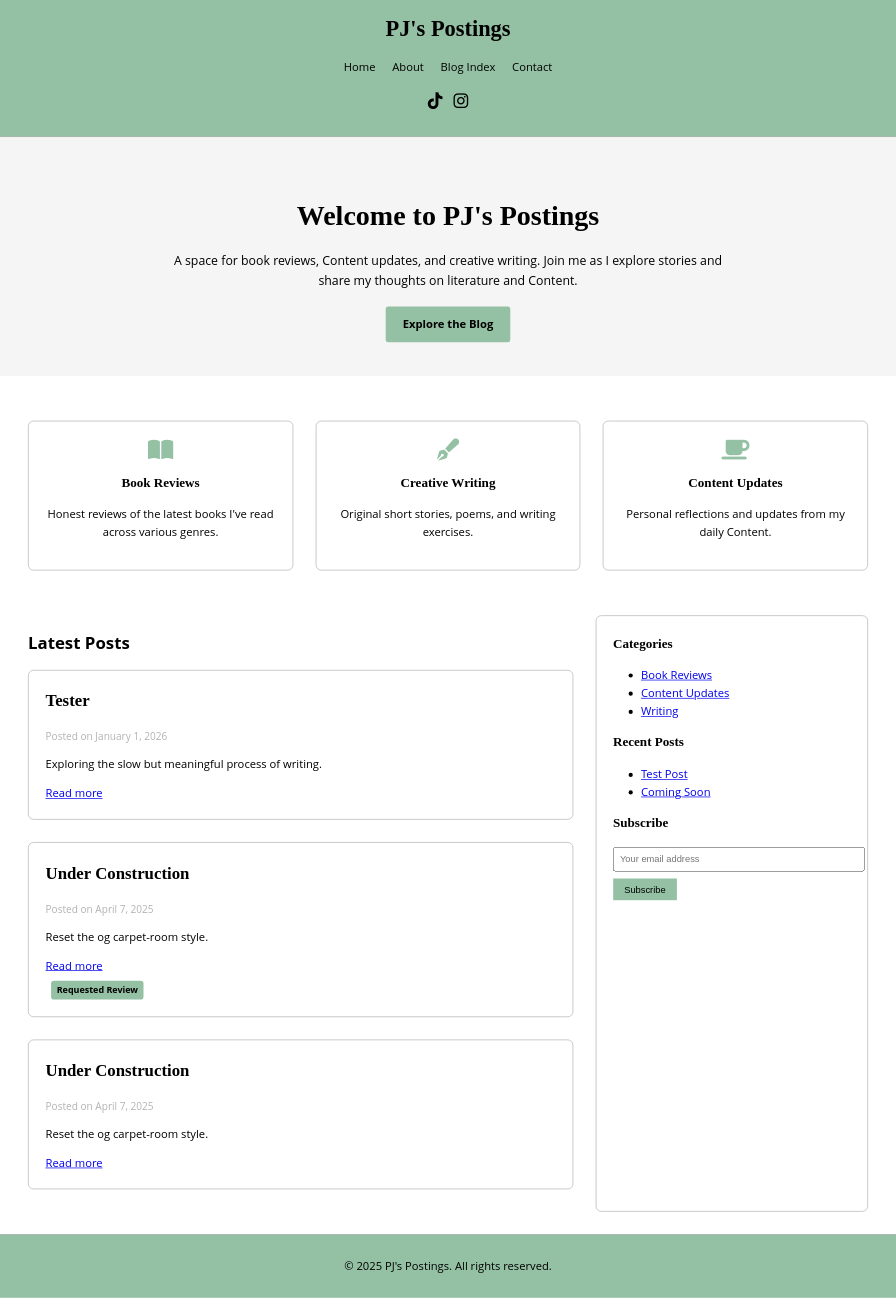
Repository: pjpatrick071/pjpatrick071.github.io
Page: index.html
These files come from the project's save history. The page is drawn as it stood at one moment and after the next save; the edit follows.
The browser window is 1280 px wide. The pictures show the whole page, at 70% of full size.
Some web fonts or font styles are not loaded; a fallback is used.

Above is the page before, as saved 2025-04-07 21:27:07.

### index.html
<!DOCTYPE html>
<html lang="en">
<head>
    <link rel="apple-touch-icon" sizes="180x180" href="/apple-touch-icon.png">
<link rel="icon" type="image/png" sizes="32x32" href="/favicon-32x32.png">
<link rel="icon" type="image/png" sizes="16x16" href="/favicon-16x16.png">
<link rel="manifest" href="/site.webmanifest">
    <meta charset="UTF-8">
    <meta name="viewport" content="width=device-width, initial-scale=1.0">
    <title>PJ's Postings</title>

    <!-- Fonts -->
    <link href="https://fonts-api.wp.com/css?family=Playfair+Display:400,400i,700,700i|Open+Sans:400,400i,700,700i&subset=latin,latin-ext" rel="stylesheet">

    <!-- Font Awesome (for icons) -->
    <link href="https://cdnjs.cloudflare.com/ajax/libs/font-awesome/6.4.0/css/all.min.css" rel="stylesheet">

    <!-- Main Styles -->
    <style>
        :root {
            --soft-green: #94c0a4;
            --silver: #b3b3b3;
            --black: #000000;
            --white: #ffffff;
        }

        body {
            font-family: 'Open Sans', sans-serif;
            line-height: 1.6;
            margin: 0;
            padding: 0;
            background-color: var(--white);
            color: var(--black);
        }

        /* Header Styles */
        header {
            background-color: var(--soft-green);
            padding: 1rem 0;
            text-align: center;
            border-bottom: 1px solid var(--silver);
        }

        .logo {
            font-size: 2rem;
            font-weight: bold;
            margin: 0;
            color: var(--black);
            font-family: 'Playfair Display', serif;
        }

        /* Navigation */
        nav ul {
            padding: 0;
            list-style: none;
            display: flex;
            justify-content: center;
            gap: 1.5rem;
            margin: 1rem 0;
        }

        nav a {
            text-decoration: none;
            color: var(--black);
            font-weight: 500;
            transition: color 0.3s;
        }

        nav a:hover {
            color: var(--silver);
        }

        /* Hero Section */
        .hero {
            background-color: #f5f5f5;
            padding: 3rem 1rem;
            text-align: center;
            margin-bottom: 2rem;
        }

        .hero h2 {
            font-family: 'Playfair Display', serif;
            font-size: 2.5rem;
            margin-bottom: 1rem;
        }

        .hero p {
            max-width: 800px;
            margin: 0 auto 1.5rem;
            font-size: 1.1rem;
        }

        .cta-button {
            display: inline-block;
            background-color: var(--soft-green);
            color: var(--black);
            padding: 0.8rem 1.5rem;
            border-radius: 4px;
            text-decoration: none;
            font-weight: bold;
            transition: background-color 0.3s;
        }

        .cta-button:hover {
            background-color: #82ad90;
        }

        /* Features Section */
        .features {
            display: flex;
            justify-content: space-around;
            flex-wrap: wrap;
            gap: 2rem;
            padding: 2rem;
            max-width: 1200px;
            margin: 0 auto;
        }

        .feature-card {
            flex: 1;
            min-width: 250px;
            background-color: var(--white);
            border: 1px solid var(--silver);
            border-radius: 8px;
            padding: 1.5rem;
            text-align: center;
        }

        .feature-card i {
            font-size: 2rem;
            color: var(--soft-green);
            margin-bottom: 1rem;
        }

        .feature-card h3 {
            font-family: 'Playfair Display', serif;
            margin-top: 0;
        }

        /* Main Content */
        .container {
            max-width: 1200px;
            margin: 2rem auto;
            padding: 0 1rem;
            display: grid;
            grid-template-columns: 2fr 1fr;
            gap: 2rem;
        }

        /* Blog Posts */
        .blog-post {
            background-color: var(--white);
            border: 1px solid var(--silver);
            border-radius: 8px;
            padding: 1.5rem;
            margin-bottom: 2rem;
        }

        .post-title {
            color: var(--black);
            margin-top: 0;
            font-family: 'Playfair Display', serif;
        }

        .post-meta {
            color: var(--silver);
            font-size: 0.9rem;
            margin-bottom: 1rem;
        }

        /* Sidebar */
        .sidebar {
            background-color: var(--white);
            border: 1px solid var(--silver);
            border-radius: 8px;
            padding: 1.5rem;
        }

        .sidebar-title {
            margin-top: 0;
            color: var(--black);
            font-family: 'Playfair Display', serif;
        }

        /* Footer */
        footer {
            background-color: var(--soft-green);
            text-align: center;
            padding: 1rem 0;
            border-top: 1px solid var(--silver);
            margin-top: 2rem;
        }

        /* Social Icons */
        .social-links {
            display: flex;
            justify-content: center;
            gap: 1rem;
            margin: 1rem 0;
        }

        .social-links a {
            color: var(--black);
            font-size: 1.5rem;
            transition: transform 0.3s;
        }

        .social-links a:hover {
            transform: scale(1.2);
        }
        .requested-badge {
            background-color: var(--soft-green);
            color: var(--black);
            padding: 0.2rem 0.5rem;
            border-radius: 4px;
            font-size: 0.8rem;
            margin-left: 0.5rem;
            font-weight: bold;
            display: inline-block;
            margin-top: 0.5rem;
        }

        /* Responsive Design */
        @media (max-width: 768px) {
            .container {
                grid-template-columns: 1fr;
            }

            .features {
                flex-direction: column;
            }
        }
    </style>
</head>
<body>
    <!-- Header -->
    <header>
        <h1 class="logo">PJ's Postings</h1>
        <nav>
            <ul>
                <li><a href="index.html">Home</a></li>
                <li><a href="about.html">About</a></li>
                <li><a href="blog.html"> Blog Index</a></li>
                <li><a href="contact.html">Contact</a></li>
            </ul>
        </nav>

        <!-- Social Links -->
        <div class="social-links">
            <a href="https://www.tiktok.com/@p.j.patrick" target="_blank" rel="noopener noreferrer"><i class="fab fa-tiktok"></i></a>
            <a href="https://www.instagram.com/p.j.patrick/" target="_blank" rel="noopener noreferrer"><i class="fab fa-instagram"></i></a>
        </div>
    </header>

    <!-- Hero Section -->
    <section class="hero">
        <h2>Welcome to PJ's Postings</h2>
        <p>A space for book reviews, Content updates, and creative writing. Join me as I explore stories and share my thoughts on literature and Content.</p>
        <a href="blog.html" class="cta-button">Explore the Blog</a>
    </section>

    <!-- Features Section -->
    <section class="features">
        <div class="feature-card">
            <i class="fas fa-book-open"></i>
            <h3>Book Reviews</h3>
            <p>Honest reviews of the latest books I've read across various genres.</p>
        </div>
        <div class="feature-card">
            <i class="fas fa-pen-fancy"></i>
            <h3>Creative Writing</h3>
            <p>Original short stories, poems, and writing exercises.</p>
        </div>
        <div class="feature-card">
            <i class="fas fa-coffee"></i>
            <h3>Content Updates</h3>
            <p>Personal reflections and updates from my daily Content.</p>
        </div>
    </section>

    <!-- Main Content -->
    <div class="container">
        <!-- Blog Posts Section -->
        <main>
            <h2>Latest Posts</h2>
            <div id="recent-posts-container">

            </div>
            <!-- Additional posts can be added by duplicating the article element -->
        </main>

        <!-- Sidebar -->
        <aside class="sidebar">
            <h3 class="sidebar-title">Categories</h3>
            <ul>
                <li><a href="blog.html#book-reviews">Book Reviews</a></li>
                <li><a href="blog.html#content-updates">Content Updates</a></li>
                <li><a href="blog.html#writing">Writing</a></li>
            </ul>

            <h3 class="sidebar-title">Recent Posts</h3>
            <ul>
                <li><a href="blog.html#test-post">Test Post</a></li>
                <li><a href="blog.html#coming-soon">Coming Soon</a></li>
            </ul>

            <!-- Email Subscription Form -->
            <h3 class="sidebar-title">Subscribe</h3>
            <form action="#" method="post">
                <input type="email" name="email" placeholder="Your email address" style="width: 100%; padding: 8px; margin-bottom: 10px;">
                <button type="submit" style="background: var(--soft-green); border: none; padding: 8px 16px; cursor: pointer;">Subscribe</button>
            </form>
        </aside>
    </div>

    <!-- Footer -->
    <footer>
        <p>&copy; <script>document.write(new Date().getFullYear());</script> PJ's Postings. All rights reserved.</p>
    </footer>

    <!-- JavaScript for dynamic elements -->
    <script>
        // Simple script to handle mobile menu toggle
        document.addEventListener('DOMContentLoaded', function() {
            // You can add interactive functionality here
            console.log('Blog loaded successfully!');
        });
    </script>
    <script>
        document.addEventListener('DOMContentLoaded', function() {
            // Fetch posts from your JSON file
            fetch('posts.json')
                .then(response => {
                    if (!response.ok) {
                        throw new Error('Network response was not ok');
                    }
                    return response.json();
                })
                .then(data => {
                    const allPosts = data.posts;

                    // Sort posts by date (newest first)
                    allPosts.sort((a, b) => new Date(b.date) - new Date(a.date));

                    // Get only the most recent posts (3 in this case)
                    const recentPosts = allPosts.slice(0, 3);

                    // Display them
                    const container = document.getElementById('recent-posts-container');

                    // Clear any existing content
                    container.innerHTML = '';

                    // Create and append post elements
                    recentPosts.forEach(post => {
                        const postElement = document.createElement('article');
                        postElement.className = 'blog-post';
                        postElement.innerHTML = `
                            <h2 class="post-title">${post.title}</h2>
                            <p class="post-meta">Posted on ${formatDate(post.date)}</p>
                            <div class="entry-content">
                                <p>${post.excerpt}</p>
                                <a href="${post.url}">Read more</a>
                            </div>
                            ${post.requested ? '<span class="requested-badge">Requested Review</span>' : ''}
                        `;
                        container.appendChild(postElement);
                    });

                    // Show message if no posts found
                    if (recentPosts.length === 0) {
                        container.innerHTML = '<p>No recent posts found.</p>';
                    }
                })
                .catch(error => {
                    console.error('Error loading posts:', error);
                    const container = document.getElementById('recent-posts-container');
                    container.innerHTML = '<p>Error loading recent posts. Please try again later.</p>';
                });

            function formatDate(dateString) {
                const options = { year: 'numeric', month: 'long', day: 'numeric' };
                return new Date(dateString).toLocaleDateString('en-US', options);
            }
        });
    </script>
</body>
</html>

### posts.json
{
    "posts": [
      {
        "title": "Tester",
        "date": "2026-01-01",
        "url": "posts/tester.html",
        "excerpt": "Exploring the slow but meaningful process of writing.",
        "category": "writing",
        "requested": false
      },
      {
        "title": "Under Construction",
        "date": "2025-04-07",
        "url": "posts/underConstruction.html",
        "excerpt": "Reset the og carpet-room style.",
        "category": "book-reviews",
        "requested": true
      },
      {
        "title": "Under Construction",
        "date": "2025-04-07",
        "url": "posts/underConstruction2.html",
        "excerpt": "Reset the og carpet-room style.",
        "category": "content-updates",
        "requested": false
      }

    ]
  }

After the next save:
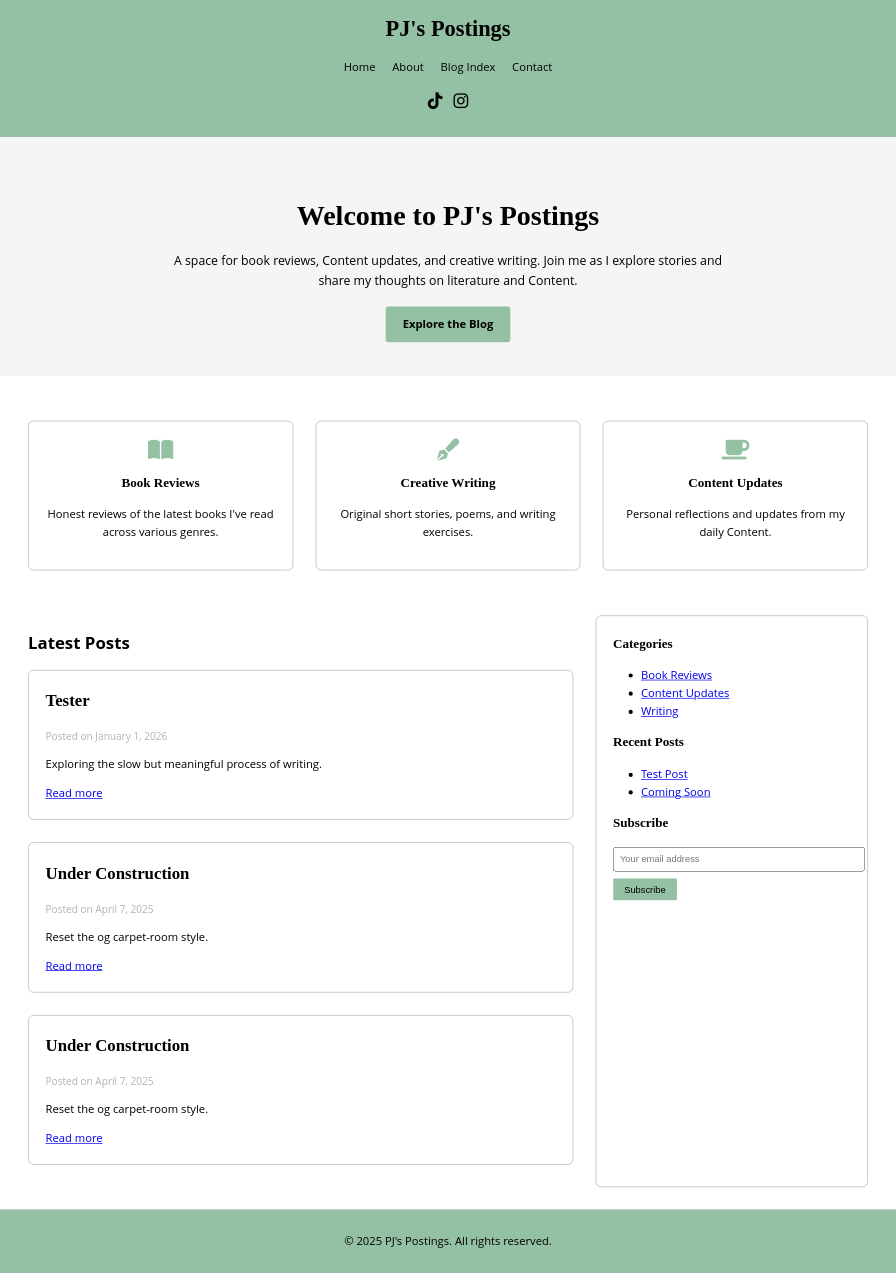
Saved 66 s later.
--- a/index.html
+++ b/index.html
@@ -362,7 +362,7 @@
                                 <p>${post.excerpt}</p>
                                 <a href="${post.url}">Read more</a>
                             </div>
-                            ${post.requested ? '<span class="requested-badge">Requested Review</span>' : ''}
+
                         `;
                         container.appendChild(postElement);
                     });
